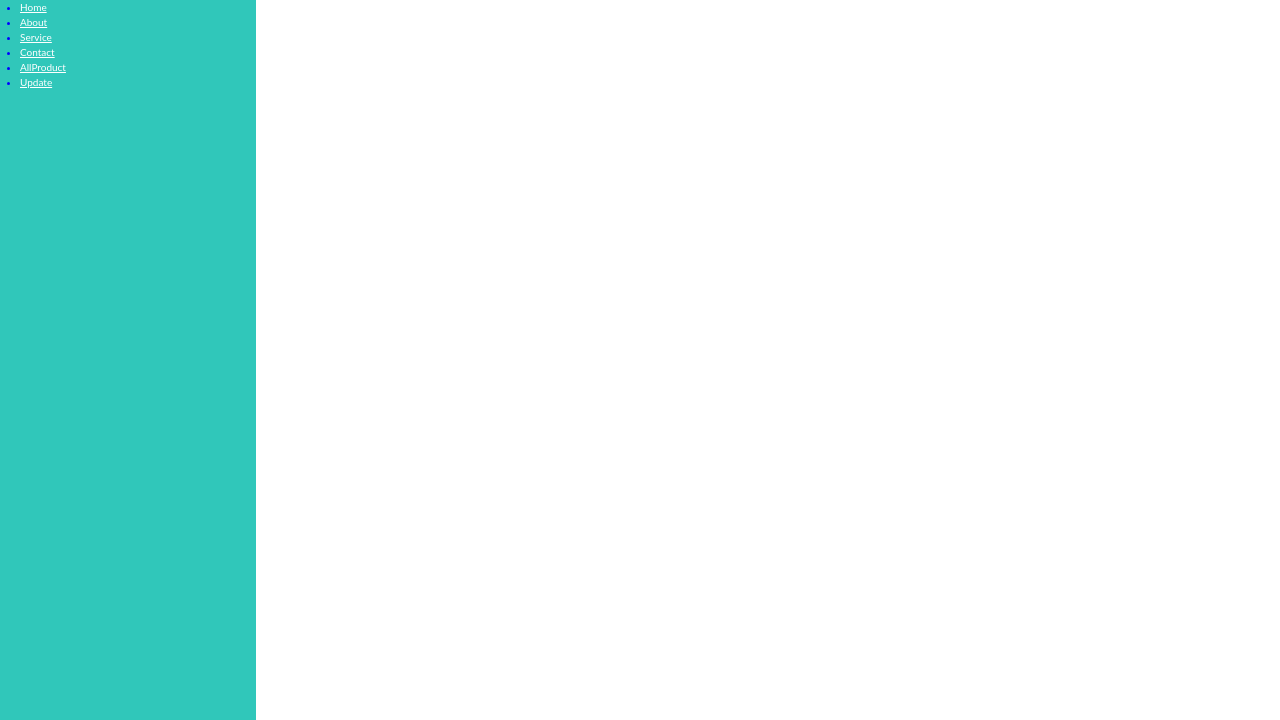
Repository: Hothidani/React
Page: /User (app in exa/my-react-router-A/)
An editor plug-in stored every save of this project. The page is shown before and after the next save, followed by the edit.
The browser window is 1280 px wide. The pictures show the whole page.
The project was rebuilt for these pictures with package versions that can differ from the ones it lists, and the page was loaded fresh each time. Also part of the build but not shown: exa/my-react-router-A/src/component/Navigation.js, exa/my-react-router-A/src/component/Home.js, exa/my-react-router-A/src/component/About.js, exa/my-react-router-A/src/component/Service.js, exa/my-react-router-A/src/component/Contact.js, exa/my-react-router-A/src/component/AllProduct.js, exa/my-react-router-A/src/component/Add.js, exa/my-react-router-A/src/component/Routes.js.

Above is the page before, as saved 2021-05-11 15:08:00.

After the next save:
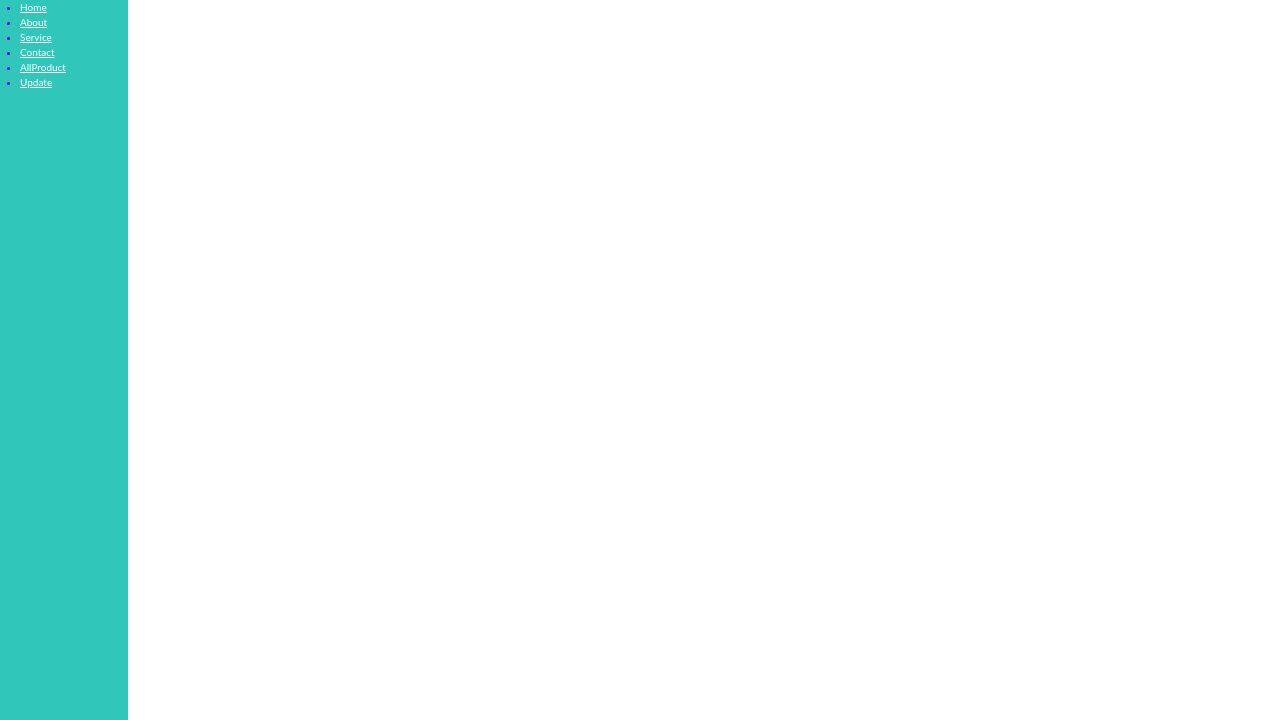
Saved 32 s later.
--- a/exa/my-react-router-A/src/App.css
+++ b/exa/my-react-router-A/src/App.css
@@ -7,7 +7,7 @@ nav{
   justify-content: space-around; */
   /* align-items: center; */
   min-height: 10vh;
-  width: 20%;
+  width: 10%;
   height: 100vh;
   background: rgb(48, 199, 186);
   color:blue;
